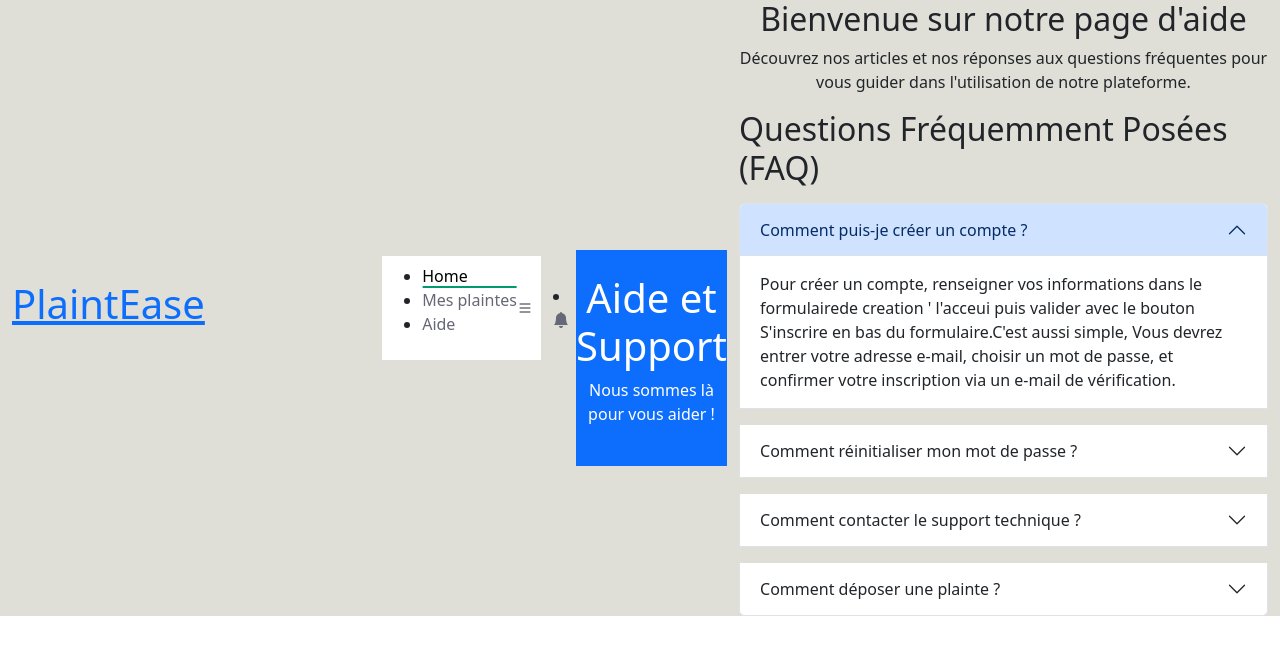
Repository: Senare1/PlaintEasy
Page: complaints/templates/complaints/aide.html
An editor plug-in stored every save of this project. The page is shown before and after the next save, followed by the edit.
The browser window is 1280 px wide. The pictures show the whole page.
Some web libraries are served in a nearby version. The template is drawn by Django 4.2. The application's start-up code is not run. The template is opened directly, without the code that normally fills it, so the values that code supplies are empty.

Above is the page before, as saved 2024-08-11 03:57:59.
Console error: ReferenceError: Swiper is not defined

After the next save:
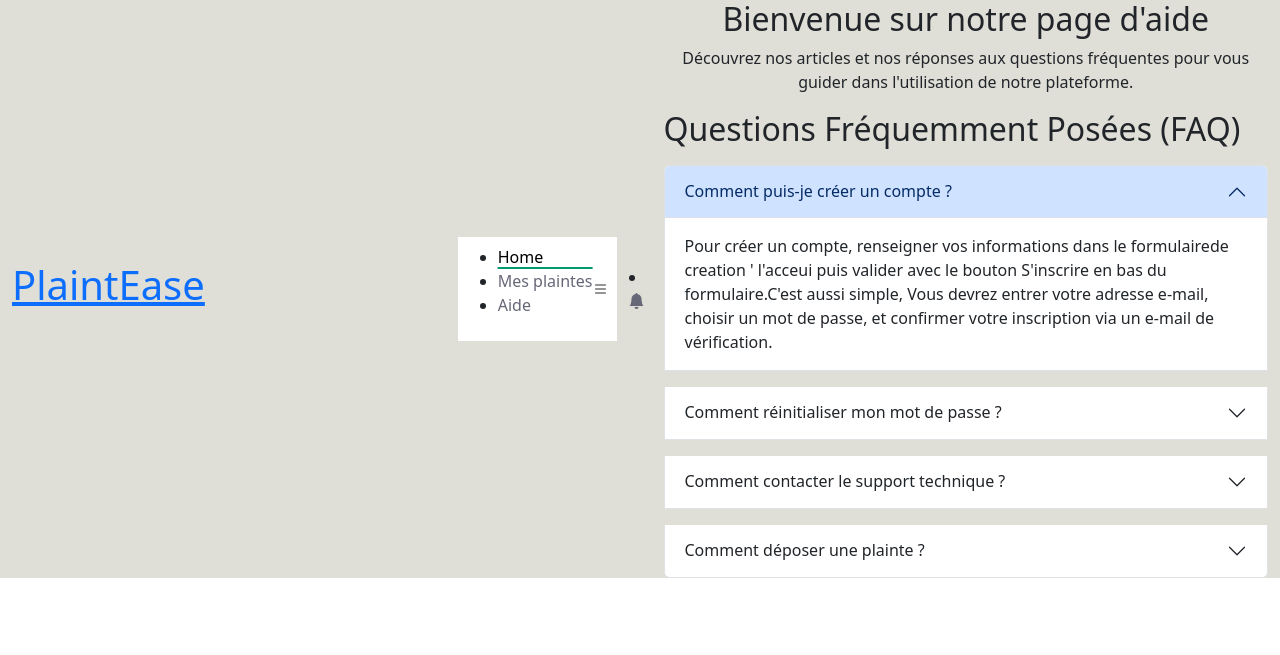
Saved 85 s later.
--- a/complaints/templates/complaints/aide.html
+++ b/complaints/templates/complaints/aide.html
@@ -49,10 +49,6 @@
       </a>
     </li>
 <!-- En-tête de la page -->
-  <header class="bg-primary text-white text-center py-4" style="margin-top: 100px;">
-    <h1>Aide et Support</h1>
-    <p>Nous sommes là pour vous aider !</p>
-  </header>
 
   <div class="container">
     <!-- Section d'introduction -->
